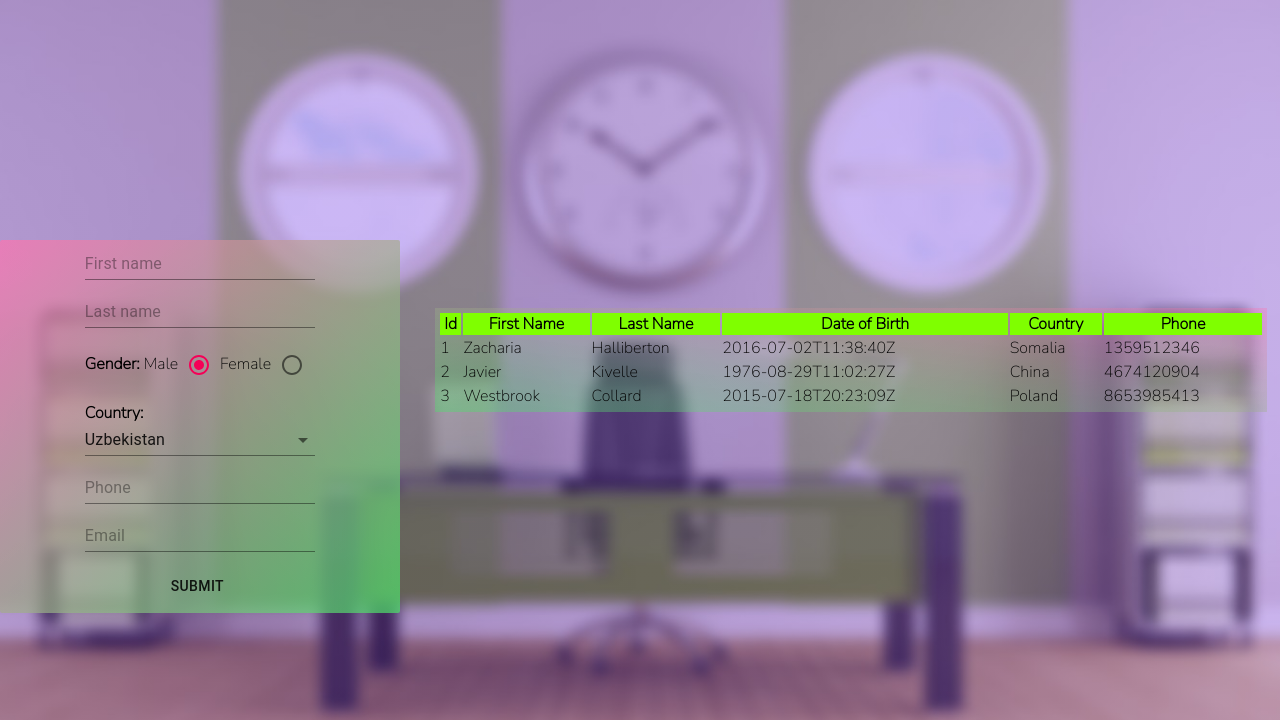
Repository: abrorsaidov/table-table
Page: /
The author's editor kept a copy of each file at every save. The page is drawn from the files as they stood at one save, then again after the next save.
The browser window is 1280 px wide. The pictures show the whole page.
The project was rebuilt for these pictures with package versions that can differ from the ones it lists, and the page was loaded fresh each time. Also part of the build but not shown: src/components/ComponentC.js.

Above is the page before, as saved 2020-12-05 00:42:19.

After the next save:
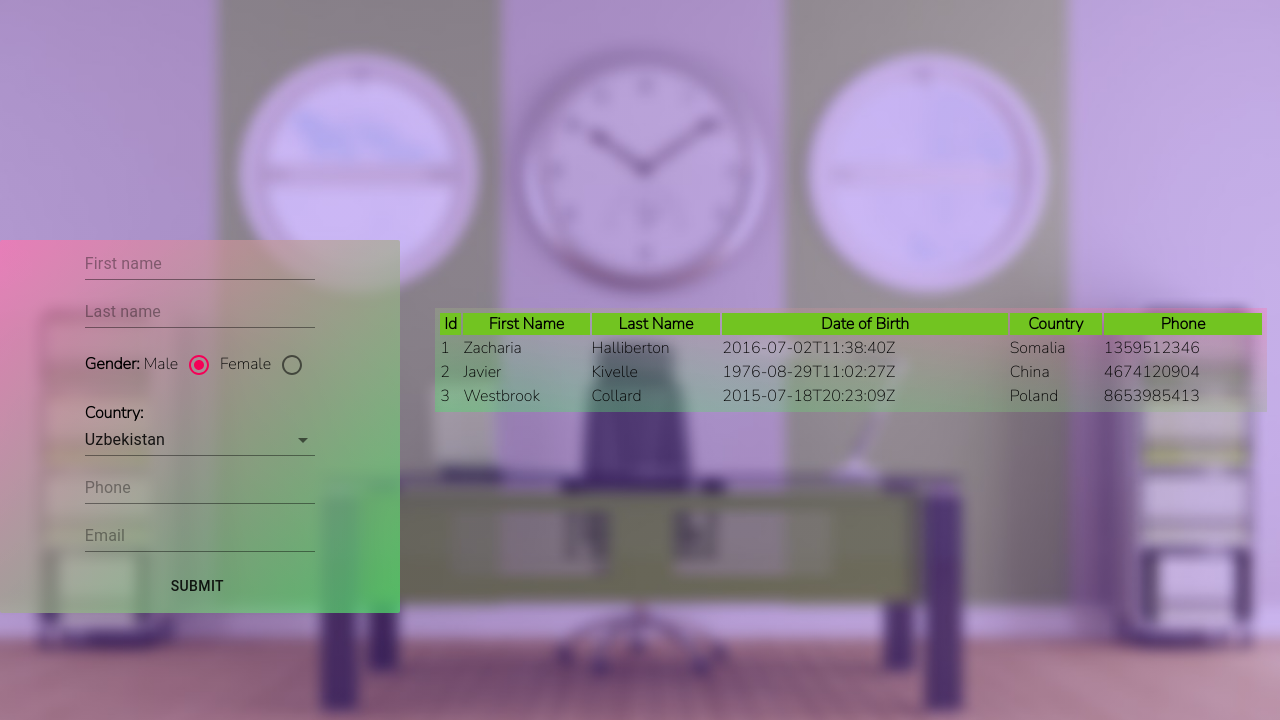
Saved 10 s later.
--- a/src/App.css
+++ b/src/App.css
@@ -90,5 +90,5 @@ option {
 }
 
 thead {
-  background: chartreuse;
+  background: rgb(114, 196, 33);
 }
